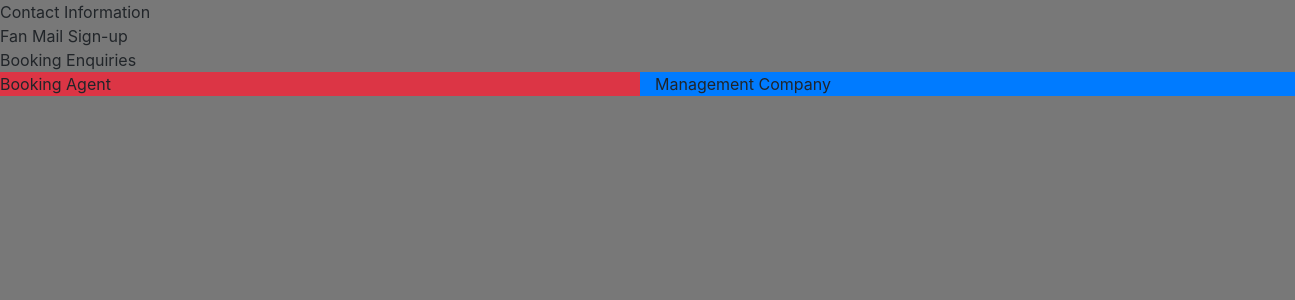
Repository: squiremaguire69/chapter2
Page: contact.html
The author's editor kept a record of every edit. The page is drawn from the files as they stood at one moment, then again after the next edit.
The browser window is 1280 px wide. The page is 1295 px wide, so the pictures cover 1295 px, including what lies to the right of the window. The pictures show the whole page.
Some web libraries are served in a nearby version.

Above is the page before.

After the next edit:
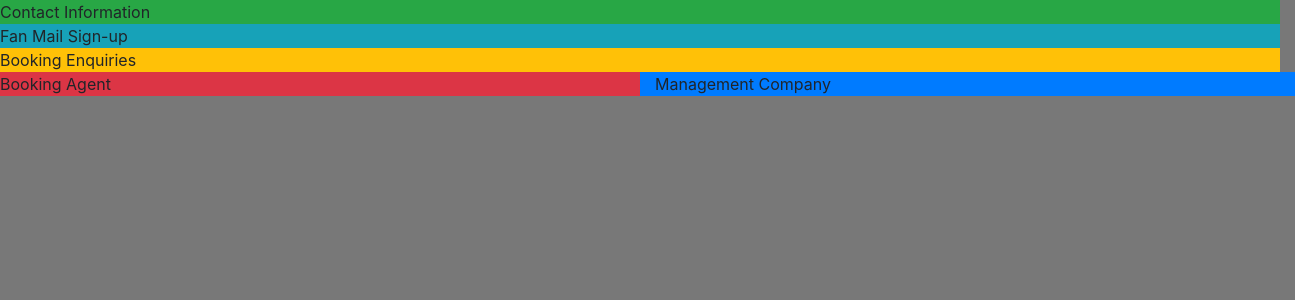
The edit:
--- a/contact.html
+++ b/contact.html
@@ -10,9 +10,9 @@
     <title>Chapter 2 Contact</title>
 </head>
 <body>
-    <header bg-success>Contact Information</header>
-    <section bg-info>Fan Mail Sign-up</section>
-    <section bg-warning>Booking Enquiries</section>
+    <header class="bg-success">Contact Information</header>
+    <section class="bg-info">Fan Mail Sign-up</section>
+    <section class="bg-warning">Booking Enquiries</section>
     <div class="row">
         <div class="col-md-6 bg-danger">Booking Agent</div>
         <div class="col-md-6 bg-primary">Management Company</div>
